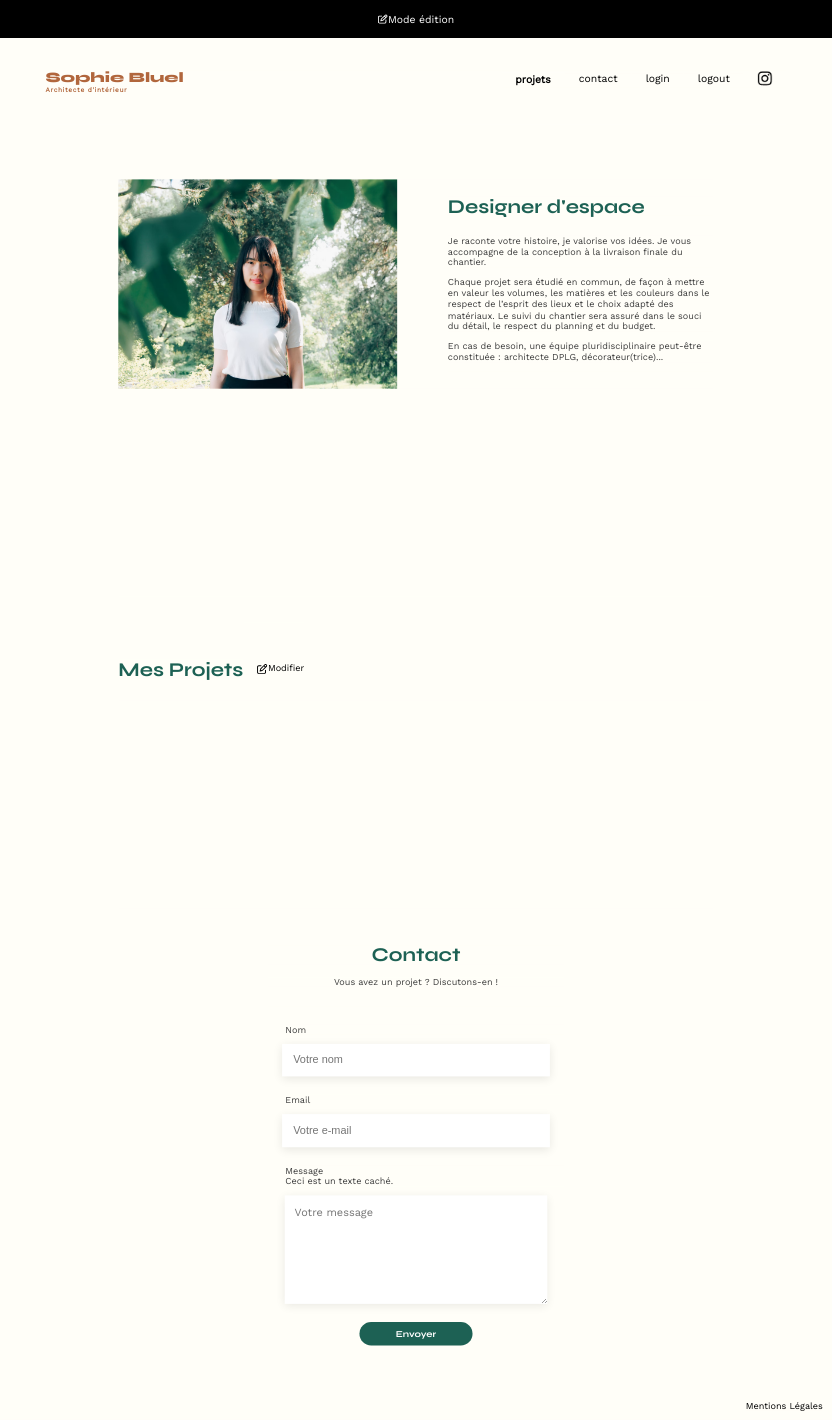
Repository: BlueSoley23/openclassrooms
Page: FrontEnd/index.html
These files come from the project's save history. The page is drawn as it stood at one moment and after the next save; the edit follows.
The browser window is 1280 px wide. The pictures show the whole page, at 65% of full size.
The page's requests for data from a server got no answer.

Above is the page before, as saved 2023-12-21 05:25:29.
Console error: TypeError: categories is not iterable

After the next save:
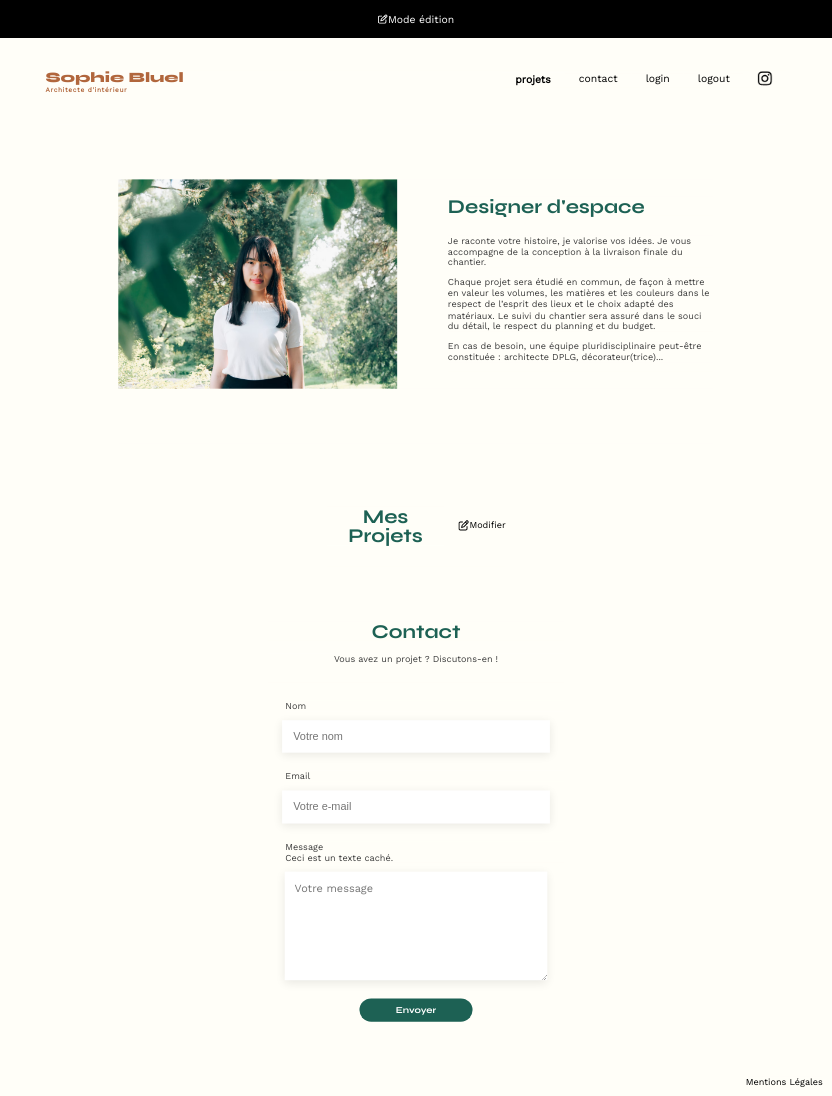
Saved 6 s later.
--- a/FrontEnd/assets/css/style.css
+++ b/FrontEnd/assets/css/style.css
@@ -581,7 +581,7 @@
 		display: flex;
 		flex-direction: row;
 		align-items: center;
-		margin: 25vw 0;
+		margin: 0 25vw;
 	  }
 
 	  .modifier-link__content {
